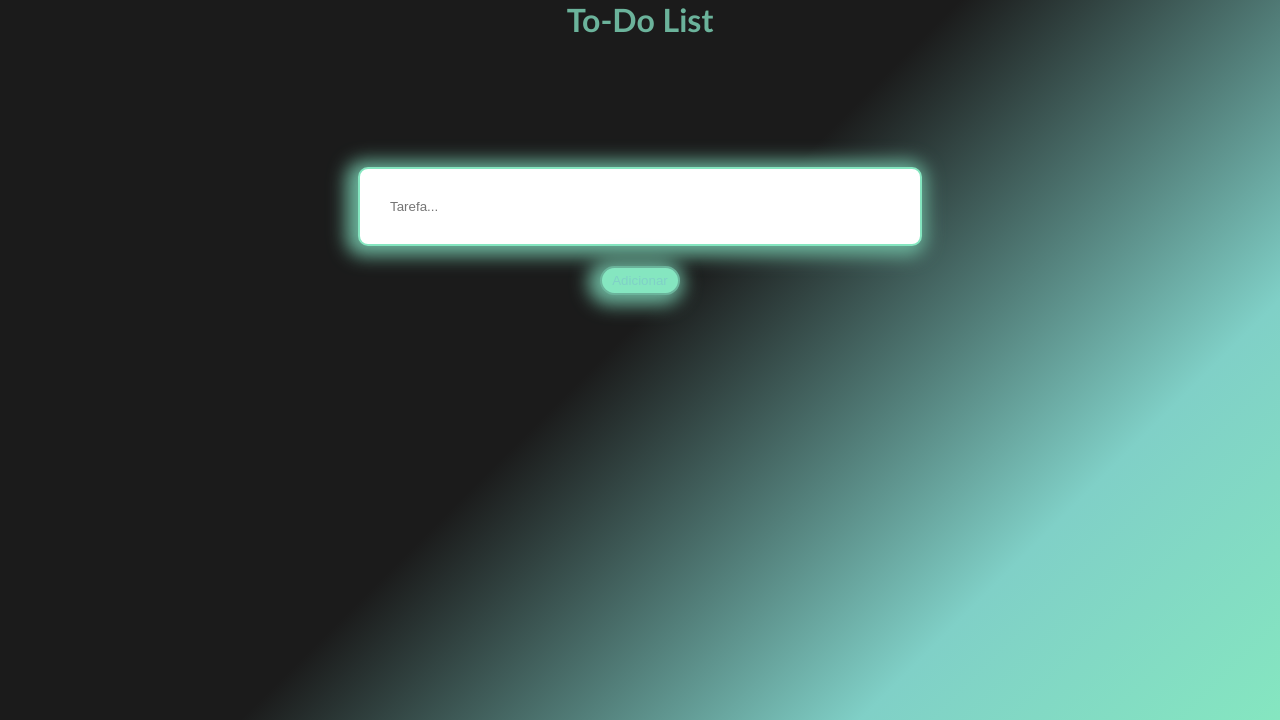
Repository: PetersonAntonyDev/python-flask-
Page: index.html
These files come from the project's save history. The page is drawn as it stood at one moment and after the next save; the edit follows.
The browser window is 1280 px wide. The pictures show the whole page.
The pointer rests on the first visible `.add`.

Above is the page before, as saved 2022-07-26 10:41:23.

### index.html
<!DOCTYPE html>
<html lang="en">
<head>
    <meta charset="UTF-8">
    <meta http-equiv="X-UA-Compatible" content="IE=edge">
    <meta name="viewport" content="width=device-width, initial-scale=1.0">
    <link rel="stylesheet" href="/style.css">
    <title>To-Do LIst</title>
</head>
<body>
    <header>
        <h1>To-Do List</h1>
    </header>
    <main>
        <form action="" method="post">
            <input class="task" type="text" name="task" id="task" placeholder="Tarefa...">
            <button class="add">Adicionar</button>
        </form>
    </main>
</body>
</html>

### style.css
* {
    margin: 0;
    padding: 0;
}

body {
    width: 100%;
    min-height: 100vh;
    max-height: 100%;
    background-color: #1b1b1b;
    background-image: linear-gradient(135deg, #1b1b1b 48%, #80D0C7 79%, #85e6c0 100%);
}

header {
    display: flex;
    justify-content: center;
    align-items: center;
    margin-bottom: 10%;
    font-family: 'Gill Sans', 'Gill Sans MT', Calibri, 'Trebuchet MS', sans-serif;
    font-size: 1rem;
    color: #6bb39b;
}

form {
    display: flex;
    justify-content: center;
    align-items: center;
    flex-direction: column;
}

.task {
    width: 500px;
    border-radius: 10px;
    border: #85e6c0 2px solid;
    padding: 30px;
    -webkit-box-shadow: -4px 2px 18px 8px rgba(107, 179, 155, 1);
    -moz-box-shadow: -4px 2px 18px 8px rgba(107, 179, 155, 1);
    box-shadow: -4px 2px 18px 8px rgba(107, 179, 155, 1);
}

.add {
    padding: 5px 10px;
    border: #6bb39b 2px solid;
    border-radius: 50px;
    background-color: #fff;
    color: #80D0C7;
    margin-top: 20px;
}

.add:hover {
    background-color: #85e6c0;
    -webkit-box-shadow: -4px 2px 18px 8px rgba(107, 179, 155, 1);
    -moz-box-shadow: -4px 2px 18px 8px rgba(107, 179, 155, 1);
    box-shadow: -4px 2px 18px 8px rgba(107, 179, 155, 1);
}

After the next save:
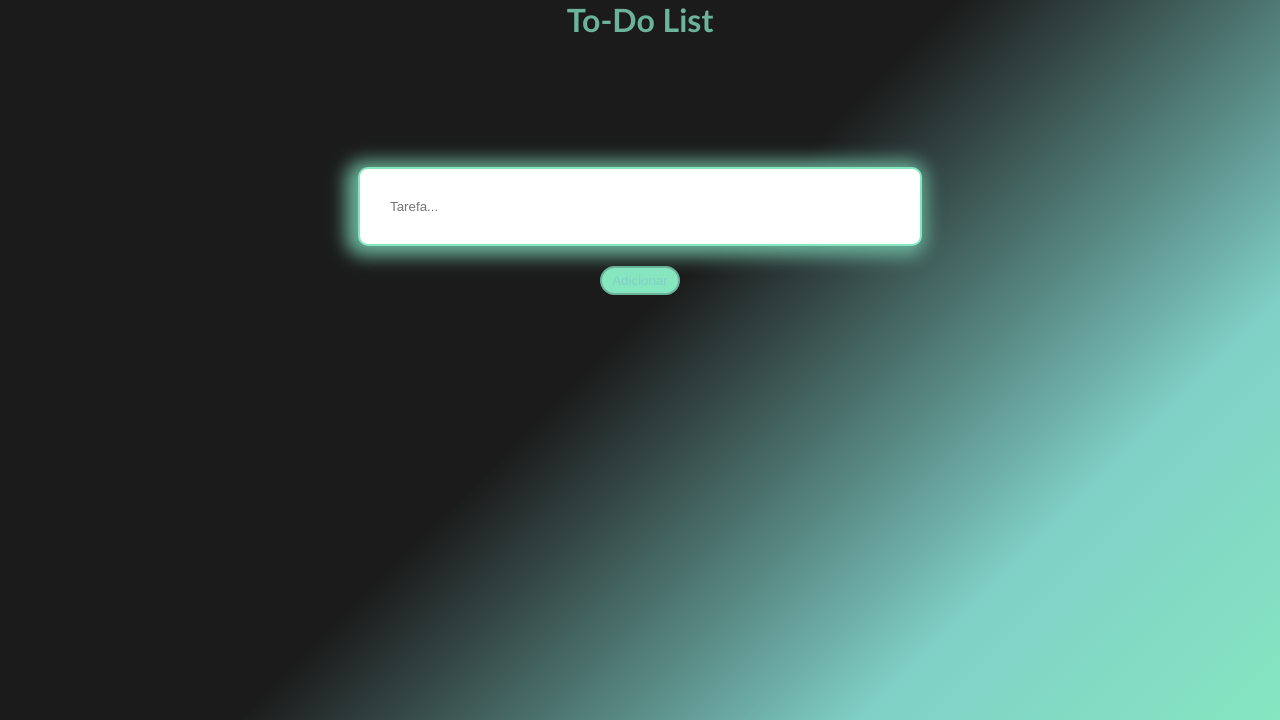
Saved 12 s later.
--- a/style.css
+++ b/style.css
@@ -49,7 +49,5 @@ form {
 
 .add:hover {
     background-color: #85e6c0;
-    -webkit-box-shadow: -4px 2px 18px 8px rgba(107, 179, 155, 1);
-    -moz-box-shadow: -4px 2px 18px 8px rgba(107, 179, 155, 1);
-    box-shadow: -4px 2px 18px 8px rgba(107, 179, 155, 1);
+
 }
